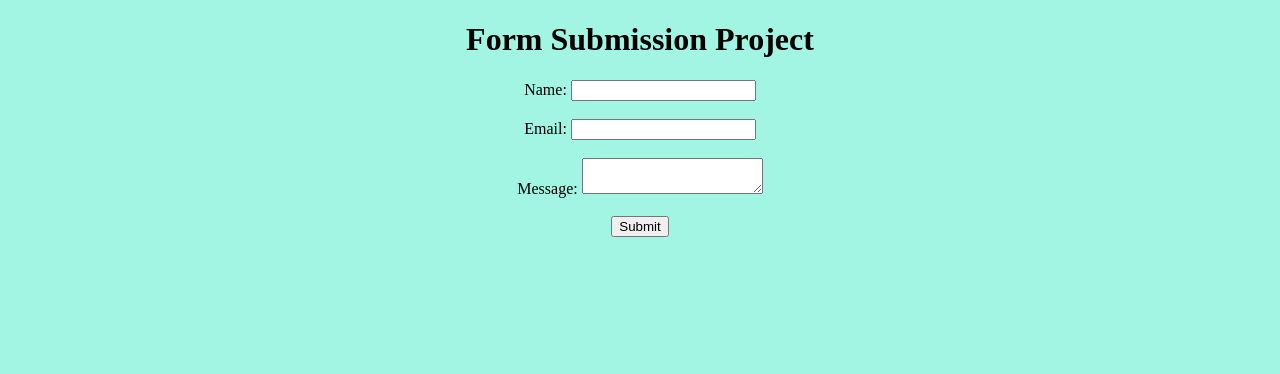
Repository: labib108/ostad-php
Page: form_submission/index.html
These files come from the project's save history. The page is drawn as it stood at one moment and after a run of saves; the edit follows.
The browser window is 1280 px wide. The pictures show the whole page.

Above is the page before, as saved 2023-03-21 15:59:15.

After the next 3 saves:
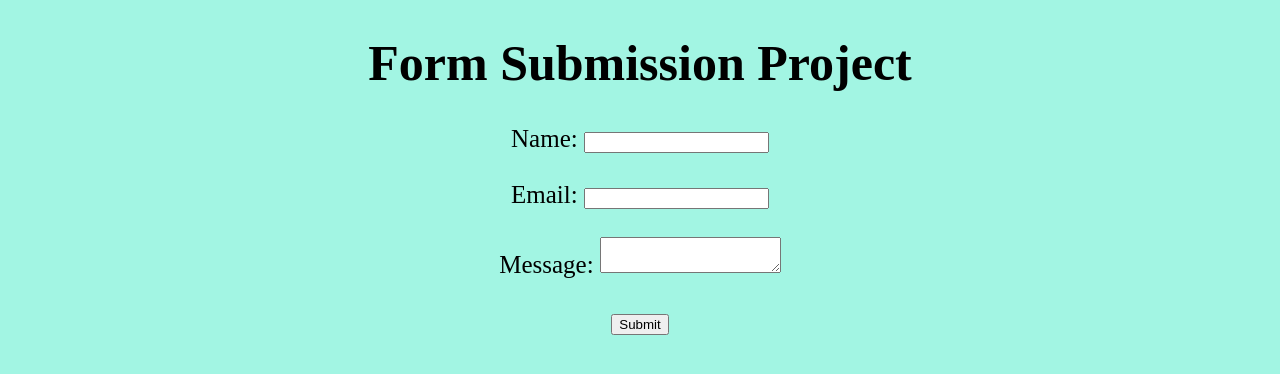
The 3 saves are shown as one change because they came seconds apart.
The last was saved 9 s later.
--- a/form_submission/style.css
+++ b/form_submission/style.css
@@ -1,6 +1,6 @@
 body{
     background-color: rgb(162, 245, 227);
     text-align: center;
-    siz
+    font-size: 25px;
 
 }
